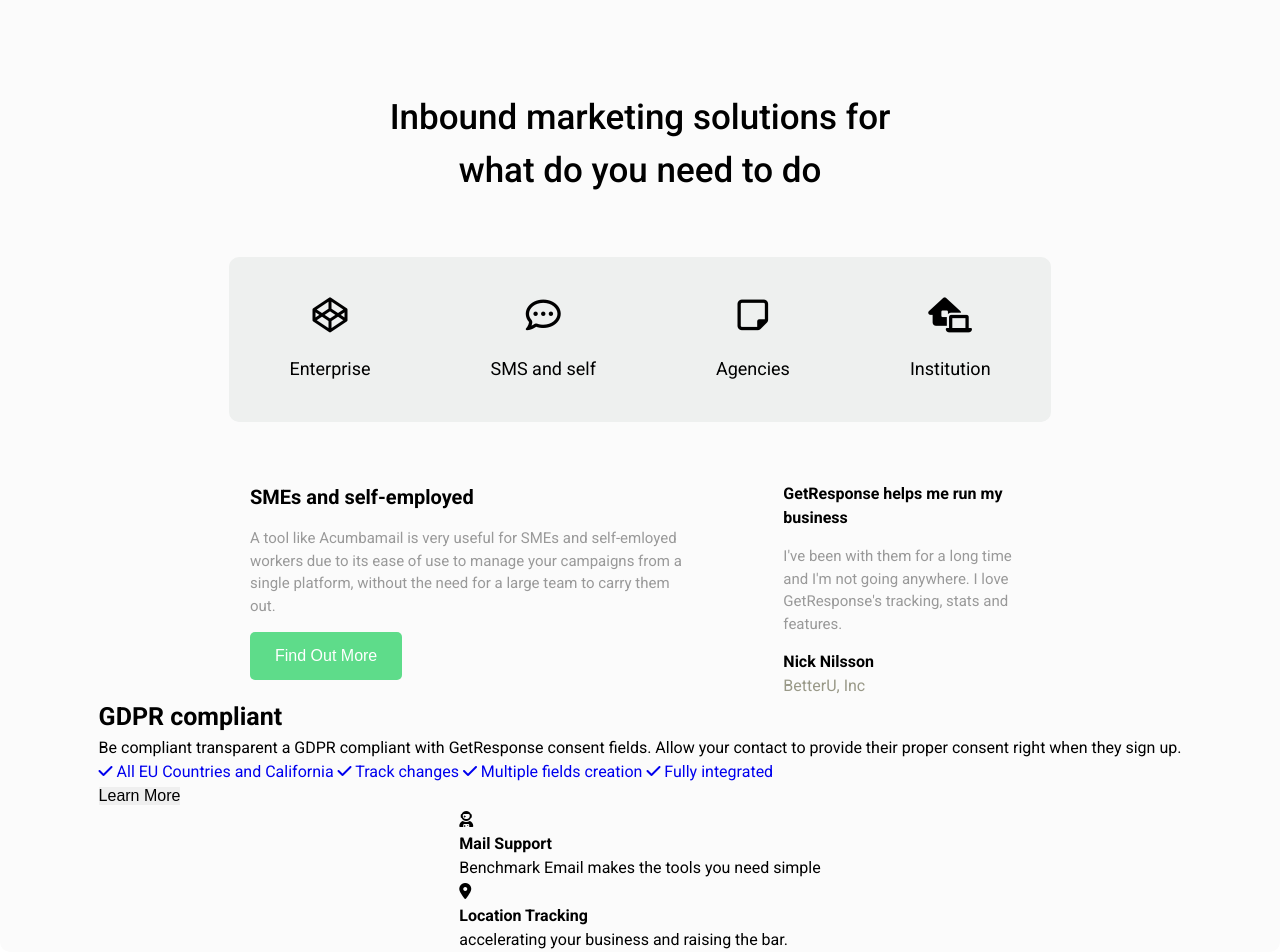
Repository: phanhuy16/Folder
Page: sign/index.html
These files come from the project's save history. The page is drawn as it stood at one moment and after the next save; the edit follows.
The browser window is 1280 px wide. The pictures show the part of the page from y = 1262 to 2214 px (the page is 2214 px tall).

Above is the page before, as saved 2023-05-02 12:51:30.

After the next save:
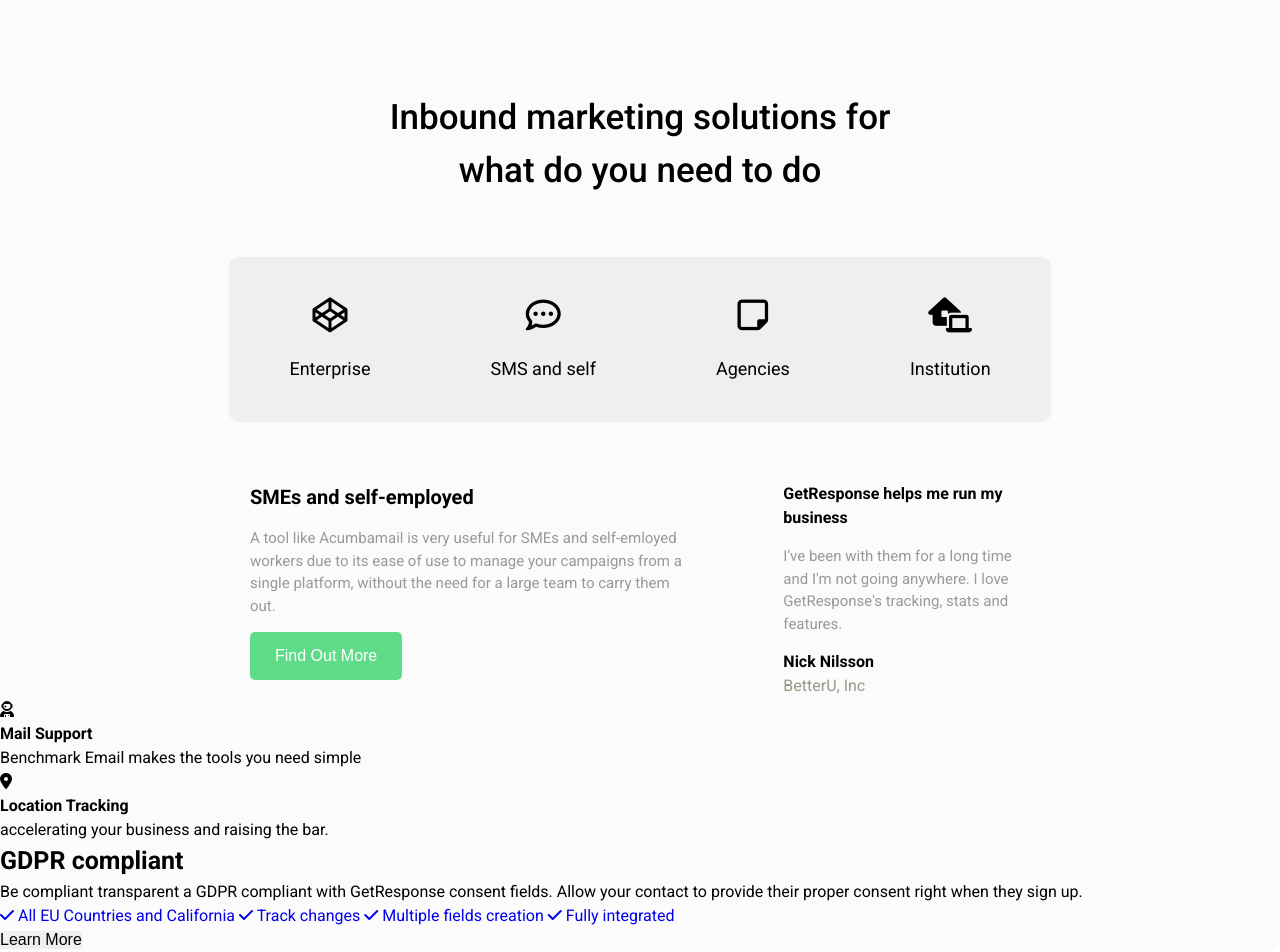
Saved 47 s later.
--- a/sign/main.css/style.css
+++ b/sign/main.css/style.css
@@ -299,10 +299,7 @@
 
 .information {
     display: flex;
-    display:flex;
-    align-items:center;
-    justify-content:center;
-    flex-direction:column;
+    flex-direction: column-reverse;
 }
 
 .compliant-heading {
